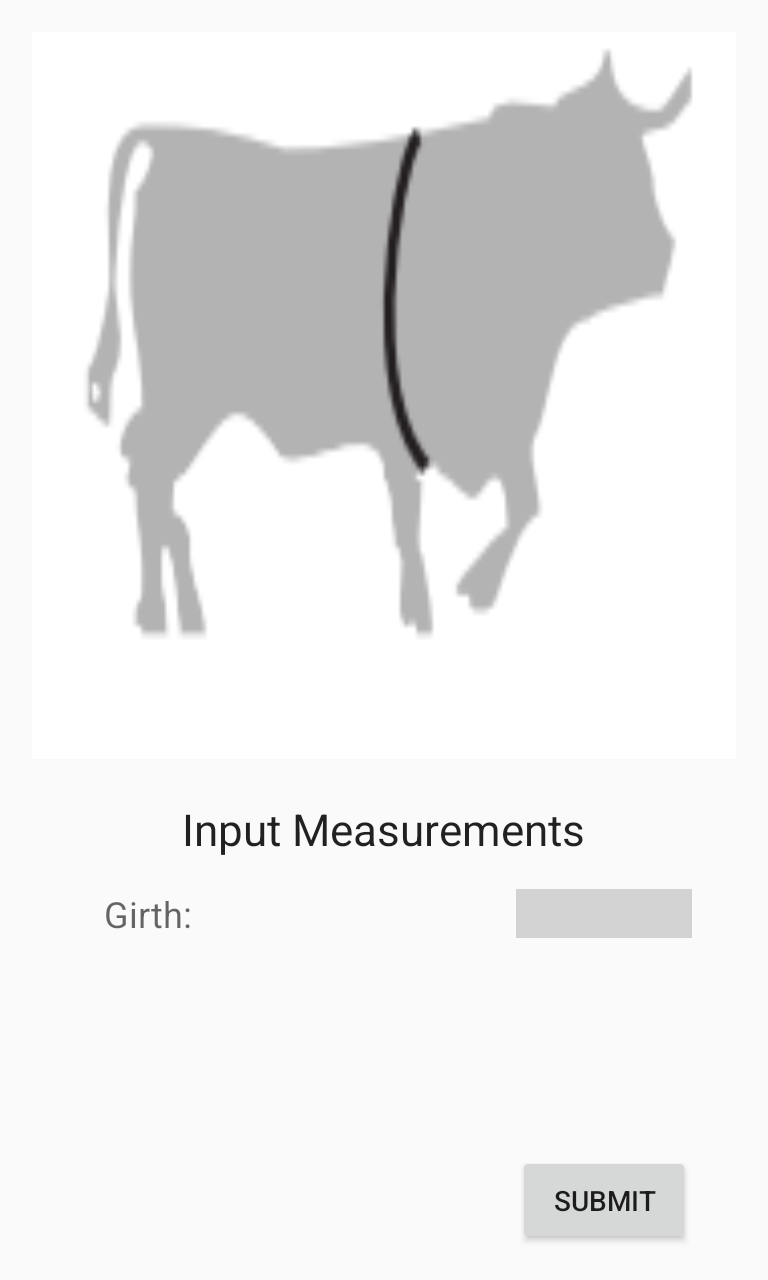
Repository: jdmielke/AnimalApp
Layout: AWEA/res/layout/activity_beefcow_measurement.xml
The author's editor kept a copy of each file at every save. The layout is drawn from the files as they stood at one save, then again after the next save.
It is drawn on a 768 x 1280 px phone screen (xhdpi) without system bars, with theme AppTheme; the app's code is not run.

Above is the layout before, as saved 2014-11-12 20:29:43.

After the next save:
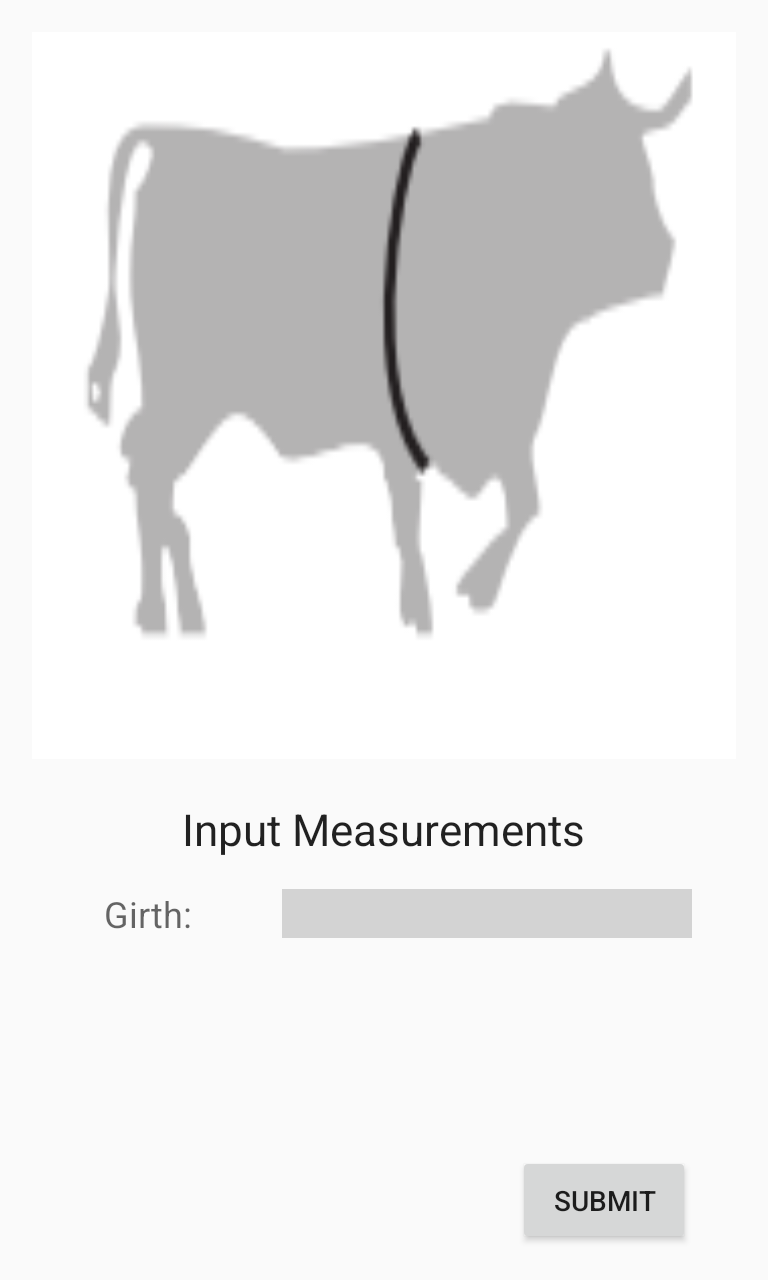
Saved 86 s later.
--- a/AWEA/res/layout/activity_beefcow_measurement.xml
+++ b/AWEA/res/layout/activity_beefcow_measurement.xml
@@ -48,9 +48,9 @@
         android:id="@+id/editText1"
         android:layout_width="wrap_content"
         android:layout_height="wrap_content"
-        android:layout_alignLeft="@+id/button1"
         android:layout_alignRight="@+id/button1"
         android:layout_alignTop="@+id/textView2"
+        android:layout_marginLeft="125dp"
         android:background="#d3d3d3"
         android:digits="1234567890"
         android:ems="10"
